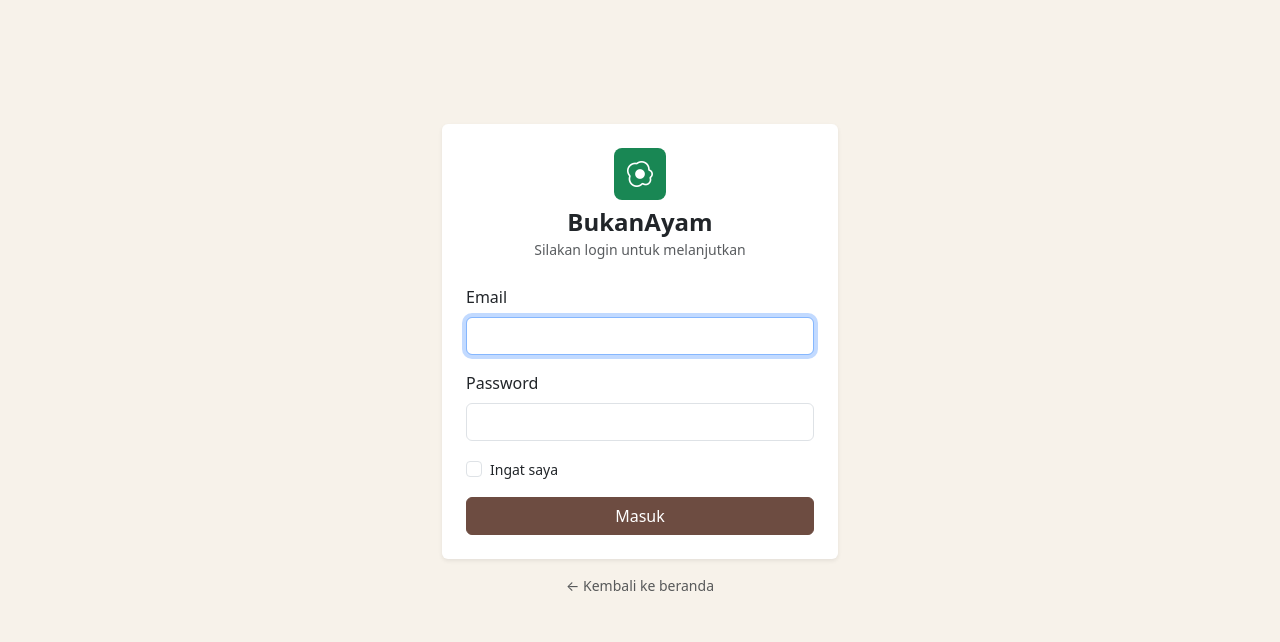
Repository: syafira-nur25/bukanayampart1
Page: http://localhost/login
The author's editor kept a copy of each file at every save. The page is drawn from the files as they stood at one save, then again after the next save.
The browser window is 1280 px wide. The pictures show the whole page.
The page is served by the project's Laravel application, run on PHP 8.4 with Laravel 12. Other server files are loaded and not shown.

Above is the page before, as saved 2026-08-17 12:12:09.

### routes/web.php
<?php

use Illuminate\Support\Facades\Route;
use Illuminate\Support\Facades\Auth;
use App\Http\Controllers\KandangController;
use App\Http\Controllers\PopulasiController;
use App\Http\Controllers\ProduksiTelurController;
use App\Http\Controllers\PenjualanTelurController;
use App\Http\Controllers\PakanKandangController;
use App\Http\Controllers\PemberianPakanController;
use App\Http\Controllers\DashboardController;
use App\Http\Controllers\Manpower\LaporanHarianController;

// LANDING PAGE (publik)
Route::get('/', function () {
    return view('landing');
})->name('landing');

/* ========== KHUSUS ADMIN ========== */
Route::middleware(['auth', 'role:admin'])->group(function () {
    Route::get('/dashboard', [DashboardController::class, 'index'])->name('dashboard');

    Route::resource('kandang', KandangController::class);
    Route::resource('populasi', PopulasiController::class);
    Route::resource('produksi-telur', ProduksiTelurController::class);
    Route::resource('penjualan-telur', PenjualanTelurController::class);
    Route::resource('pemberian-pakan', PemberianPakanController::class);
    Route::resource('pakan-kandang', PakanKandangController::class);

    Route::get('/laporan-pakan', [PakanKandangController::class, 'laporan'])->name('pakan.laporan');
    Route::get('/admin/laporan', [LaporanHarianController::class, 'index'])->name('admin.laporan.index');
});

/* ========== KHUSUS MANPOWER ========== */
Route::middleware(['auth', 'role:manpower'])->group(function () {
    Route::get('/manpower/laporan', [LaporanHarianController::class, 'create'])->name('manpower.laporan.create');
    Route::post('/manpower/laporan', [LaporanHarianController::class, 'store'])->name('manpower.laporan.store');
});

require __DIR__.'/auth.php';

### app/Http/Controllers/Auth/AuthenticatedSessionController.php
<?php

namespace App\Http\Controllers\Auth;

use App\Http\Controllers\Controller;
use App\Http\Requests\Auth\LoginRequest;
use Illuminate\Http\RedirectResponse;
use Illuminate\Http\Request;
use Illuminate\Support\Facades\Auth;
use Illuminate\View\View;

class AuthenticatedSessionController extends Controller
{
    public function create(): View
    {
        return view('auth.login');
    }

    public function store(LoginRequest $request): RedirectResponse
    {
        $request->authenticate();
        $request->session()->regenerate();

        return redirect(
            $request->user()->role === 'admin'
                ? route('dashboard')
                : route('manpower.laporan.create')
        );
    }

    public function destroy(Request $request): RedirectResponse
    {
        Auth::guard('web')->logout();
        $request->session()->invalidate();
        $request->session()->regenerateToken();

        return redirect('/');
    }
}

### resources/views/auth/login.blade.php
<x-guest-layout>
    <div class="card border-0 shadow-sm">
        <div class="card-body p-4">
            <div class="text-center mb-4">
                <div class="d-inline-flex align-items-center justify-content-center rounded-3 mb-2"
                     style="width:52px;height:52px;background:#198754;color:#fff;font-size:26px;">
                    <i class="bi bi-egg-fried"></i>
                </div>
                <h4 class="fw-bold mb-0">BukanAyam</h4>
                <small class="text-muted">Silakan login untuk melanjutkan</small>
            </div>

            @if (session('status'))
                <div class="alert alert-info py-2 small">{{ session('status') }}</div>
            @endif

            <form method="POST" action="{{ route('login') }}">
                @csrf
                <div class="mb-3">
                    <label class="form-label">Email</label>
                    <input type="email" name="email" class="form-control @error('email') is-invalid @enderror"
                        value="{{ old('email') }}" required autofocus>
                    @error('email') <div class="invalid-feedback">{{ $message }}</div> @enderror
                </div>
                <div class="mb-3">
                    <label class="form-label">Password</label>
                    <input type="password" name="password" class="form-control @error('password') is-invalid @enderror" required>
                    @error('password') <div class="invalid-feedback">{{ $message }}</div> @enderror
                </div>
                <div class="form-check mb-3">
                    <input class="form-check-input" type="checkbox" name="remember" id="remember">
                    <label class="form-check-label small" for="remember">Ingat saya</label>
                </div>
                <button class="btn btn-success w-100">Masuk</button>
            </form>
        </div>
    </div>
</x-guest-layout>

### resources/views/layouts/guest.blade.php
<!DOCTYPE html>
<html lang="id">
<head>
    <meta charset="UTF-8">
    <meta name="viewport" content="width=device-width, initial-scale=1.0">
    <title>Login - BukanAyam</title>
    <link href="https://cdn.jsdelivr.net/npm/bootstrap@5.3.3/dist/css/bootstrap.min.css" rel="stylesheet">
    <link href="https://cdn.jsdelivr.net/npm/bootstrap-icons@1.11.3/font/bootstrap-icons.css" rel="stylesheet">
    <style>
        body { background: #f7f2ea; }
        .btn-success { background: #6d4c41; border-color: #6d4c41; }
        .btn-success:hover { background: #5d4037; border-color: #5d4037; }
        .egg-wobble i { display: inline-block; animation: wobble 2.6s ease-in-out infinite; }
        @keyframes wobble { 0%,100% { transform: rotate(0); } 25% { transform: rotate(-10deg); } 75% { transform: rotate(10deg); } }
    </style>
</head>
<body class="d-flex align-items-center min-vh-100">
    <div class="container" style="max-width: 420px;">
        {{ $slot }}
        <a href="{{ url('/') }}" class="d-block text-center mt-3 small text-muted text-decoration-none">
            ← Kembali ke beranda
        </a>
    </div>
</body>
</html>

Loaded but not shown: routes/auth.php (common file); app/Http/Controllers/Auth/EmailVerificationPromptController.php (common file); app/Http/Controllers/Controller.php (common file); app/Http/Controllers/Auth/VerifyEmailController.php (common file); app/View/Components/GuestLayout.php (common file)

After the next save:
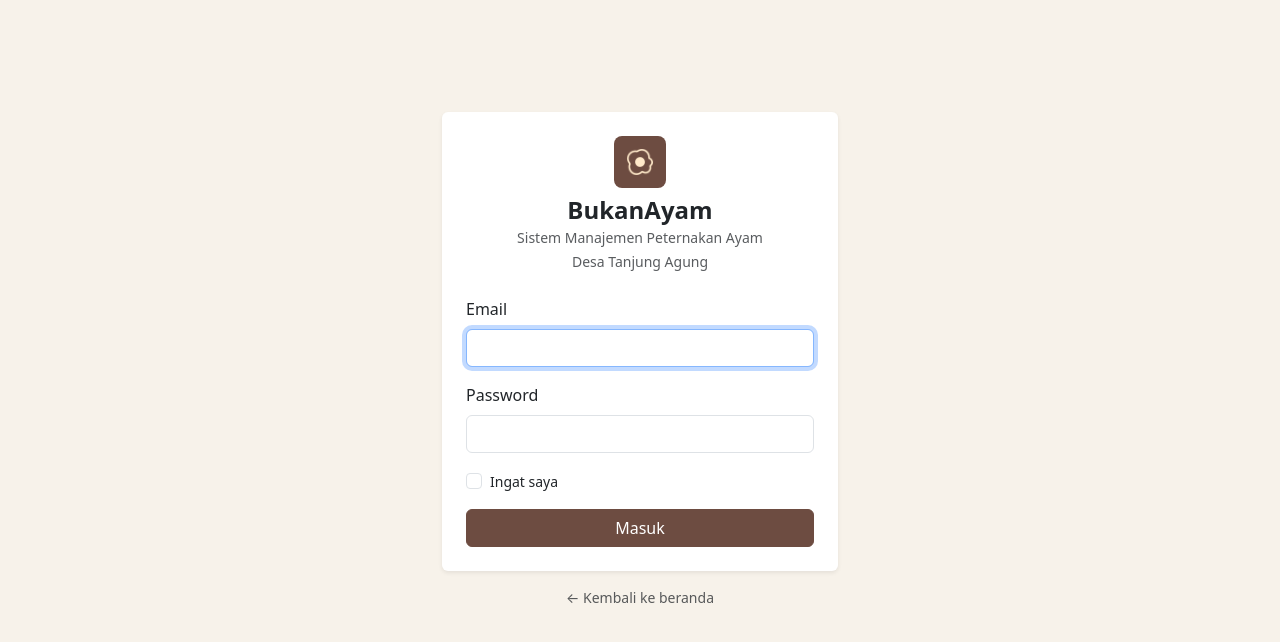
Saved 13 s later.
--- a/resources/views/auth/login.blade.php
+++ b/resources/views/auth/login.blade.php
@@ -2,12 +2,12 @@
     <div class="card border-0 shadow-sm">
         <div class="card-body p-4">
             <div class="text-center mb-4">
-                <div class="d-inline-flex align-items-center justify-content-center rounded-3 mb-2"
-                     style="width:52px;height:52px;background:#198754;color:#fff;font-size:26px;">
+                <div class="egg-wobble d-inline-flex align-items-center justify-content-center rounded-3 mb-2"
+                     style="width:52px;height:52px;background:#6d4c41;color:#ffe9c9;font-size:26px;">
                     <i class="bi bi-egg-fried"></i>
                 </div>
                 <h4 class="fw-bold mb-0">BukanAyam</h4>
-                <small class="text-muted">Silakan login untuk melanjutkan</small>
+                <small class="text-muted">Sistem Manajemen Peternakan Ayam<br>Desa Tanjung Agung</small>
             </div>
 
             @if (session('status'))
